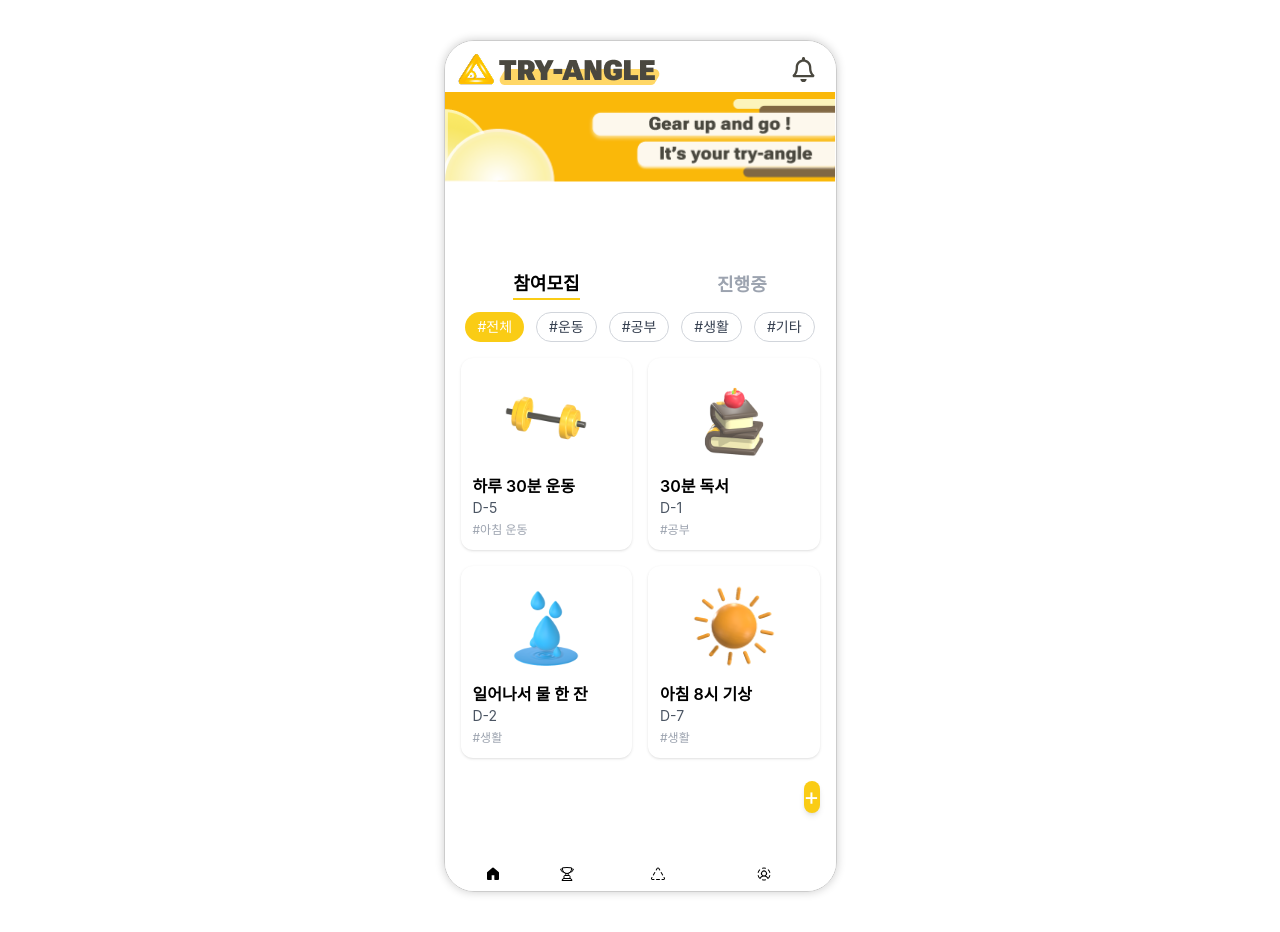
Repository: gusdk19/TryAngle-FE
Page: /
An editor plug-in stored every save of this project. The page is shown before and after the next save, followed by the edit.
The browser window is 1280 px wide. The pictures show the whole page.
The project was rebuilt for these pictures with package versions that can differ from the ones it lists, and the page was loaded fresh each time. Also part of the build but not shown: src/App.css.

Above is the page before, as saved 2025-04-30 23:09:51.

### src/index.js
import React from 'react';
import ReactDOM from 'react-dom/client';
import "./styles/index.css";
import App from './App';
import reportWebVitals from './reportWebVitals';

const root = ReactDOM.createRoot(document.getElementById('root'));
root.render(
  <React.StrictMode>
    {/* <App /> */}
    <div className='iphone-frame'>
      <App/>
    </div>
  </React.StrictMode>
);

// If you want to start measuring performance in your app, pass a function
// to log results (for example: reportWebVitals(console.log))
// or send to an analytics endpoint. Learn more: https://bit.ly/CRA-vitals
reportWebVitals();

### src/styles/index.css
@tailwind base;
@tailwind components;
@tailwind utilities;

body {
  margin: 0;
  font-family: -apple-system, BlinkMacSystemFont, 'Segoe UI', 'Roboto', 'Oxygen',
    'Ubuntu', 'Cantarell', 'Fira Sans', 'Droid Sans', 'Helvetica Neue',
    sans-serif;
  -webkit-font-smoothing: antialiased;
  -moz-osx-font-smoothing: grayscale;
}

code {
  font-family: source-code-pro, Menlo, Monaco, Consolas, 'Courier New',
    monospace;
}

.iphone-frame {
  position: relative;
  width: 393px;
  height: 852px;
  border: 1px solid #ccc;
  margin: 40px auto;
  box-shadow: 0 0 10px rgba(0,0,0,0.2);
  overflow: auto;
  border-radius: 30px;
  background: white;
  padding: 0px 0px;

  -ms-overflow-style:none; /* IE and Edge */
  scrollbar-width:none; /* Firefox */
}

.iphone-frame::-webkit-scrollbar {
	display:none /* Chrome , Safari , Opera */
}

### src/App.js
import { BrowserRouter, Routes, Route } from 'react-router-dom';
import './App.css';

import Home from './pages/Home';
//import Alarm from './pages/Alarm';
//import ChallengeAdd from './pages/ChallengeAdd';

function App() {
  return (
    <BrowserRouter>
      <Routes>
        <Route path="/" element={<Home />} />
        {/*<Route path="/alarm" element={<Alarm />} /> */}
        { /*<Route path="/challenge/add" element={<ChallengeAdd />} />*/}
      </Routes>
    </BrowserRouter>
  );
}

export default App;

### src/pages/Home.js
import React, { useState } from 'react';
import Header from '../components/Header';
import Footer from '../components/Footer';
import dumbell from '../assets/images/finace/dumbell.png';
import books from '../assets/images/finace/books.png';
import water from '../assets/images/finace/water.png';
import sun from '../assets/images/finace/Sun.png';
import bannerImage from '../assets/images/common/banner_image.png';

const Home = () => {
  const [activeTab, setActiveTab] = useState('participating');
  const [activeCategory, setActiveCategory] = useState('전체');

  const categories = ['전체', '운동', '공부', '생활', '기타'];

  const challenges = [
    { id: 1, title: '하루 30분 운동', dday: 5, tag: '#아침 운동', image: dumbell },
    { id: 2, title: '30분 독서', dday: 1, tag: '#공부', image: books },
    { id: 3, title: '일어나서 물 한 잔', dday: 2, tag: '#생활', image: water },
    { id: 4, title: '아침 8시 기상', dday: 7, tag: '#생활', image: sun },
  ];

  const filteredChallenges =
    activeCategory === '전체'
      ? challenges
      : challenges.filter((c) => c.tag.includes(activeCategory));

  return (
    <div className="bg-white flex flex-row justify-center w-full">
      {/* 모바일 프레임 */}
      <div className="bg-white w-[393px] h-[852px] relative">
        <Header />
        {/* 배너 이미지 삽입 (Header 아래에 추가) */}
        <img src={bannerImage} alt="banner" className="w-full" />

        {/* 탭 영역 */}
        <div className="flex justify-around mt-4">
          <button
            className={`text-lg font-semibold ${
              activeTab === 'participating'
                ? 'border-b-2 border-yellow-400 text-black'
                : 'text-gray-400'
            }`}
            onClick={() => setActiveTab('participating')}
          >
            참여모집
          </button>
          <button
            className={`text-lg font-semibold ${
              activeTab === 'ongoing'
                ? 'border-b-2 border-yellow-400 text-black'
                : 'text-gray-400'
            }`}
            onClick={() => setActiveTab('ongoing')}
          >
            진행중
          </button>
        </div>

        {/* + 버튼 */}
        <button className="absolute bottom-20 right-4 bg-yellow-400 w-23 h-22 rounded-full text-white text-2xl shadow-md hover:bg-yellow-500 z-20">
          +
        </button>

        {/* 카테고리 */}
        <div className="flex justify-center gap-3 mt-3">
          {categories.map((category) => (
            <button
              key={category}
              className={`px-3 py-1 rounded-full text-sm ${
                activeCategory === category
                  ? 'bg-yellow-400 text-white'
                  : 'bg-white text-gray-700 border border-gray-300'
              }`}
              onClick={() => setActiveCategory(category)}
            >
              #{category}
            </button>
          ))}
        </div>

        {/* 챌린지 카드 */}
        <div className="flex-grow overflow-y-auto p-4 pb-[100px]">
          <div className="grid grid-cols-2 gap-4">
            {filteredChallenges.map((c) => (
              <div
                key={c.id}
                className="bg-white p-3 rounded-xl shadow hover:bg-yellow-200 transition"
              >
                <img
                  src={c.image}
                  alt={c.title}
                  className="w-full h-24 object-contain mb-2"
                />
                <p className="font-semibold">{c.title}</p>
                <p className="text-sm text-gray-600">D-{c.dday}</p>
                <p className="text-xs text-gray-400 mt-1">{c.tag}</p>
              </div>
            ))}
          </div>
        </div>

        <Footer page="home" />
      </div>
    </div>
  );
};

export default Home;

### src/components/Header.js
import React from "react";
import "../styles/Header.css";
import { FaRegBell } from "react-icons/fa";
import { useNavigate } from "react-router-dom";
import logo_name from "../assets/images/common/logo_name.png";

export default function Header() {
  const navigate = useNavigate();

  return (
    <div className="header flex flex-unwrap grow w-full pt-[4.5px]">
      {/* 로고 (왼쪽) */}
      <div className="logo-name my-auto flex-1 text-left align-middle cursor-pointer" onClick={() => navigate("/")}>
        <img src={logo_name} alt="try-angle_logo_name" />
      </div>

      {/* 알림 아이콘 (오른쪽) */}
      <div className="bell flex-none align-middle cursor-pointer">
        <FaRegBell
          className="bell-icon2 mt-[2px] text-[#4A483F]"
          onClick={() => navigate("/alarm")}
        />
      </div>
    </div>
  );
}

### src/components/Footer.js
import React from "react";
import "../styles/Header.css";
import { GoHome, GoHomeFill } from "react-icons/go";
import { HiTrophy, HiOutlineTrophy } from "react-icons/hi2";
import { PiUserCircleDashed, PiUserCircleDuotone, PiTriangleDashedFill, PiTriangleDashed } from "react-icons/pi";
import { useNavigate } from "react-router-dom";

export default function Footer({ page }) {
  const navigate = useNavigate();

  const navigationItems = [
    {
      icon: page === "home" ? <GoHomeFill className="icon" /> : <GoHome className="icon" />,
      label: "홈",
      route: "/",
    },
    {
      icon: page === "ranking" ? <HiTrophy className="icon" /> : <HiOutlineTrophy className="icon" />,
      label: "랭킹",
      route: "/rank",
    },
    {
      icon: page === "myChallenge" ? <PiTriangleDashedFill className="icon" /> : <PiTriangleDashed className="icon" />,
      label: "마이챌린지",
      route: "/mychallenge",
    },
    {
      icon: page === "myPage" ? <PiUserCircleDuotone className="icon" /> : <PiUserCircleDashed className="icon" />,
      label: "마이페이지",
      route: "/mypage",
    },
  ];

  return(
    <footer className="w-full h-[70px] bg-white px-4 pt-2">
  <div className="flex justify-between items-center px-6">
    {navigationItems.map((item, index) => (
      <div key={index} className="flex flex-col items-center cursor-pointer" onClick={() => navigate(item.route)}>
        <div className="w-6 h-6">{item.icon}</div>
        <span className="text-xs mt-1">{item.label}</span>
      </div>
    ))}
  </div>
</footer>
);
}

### src/styles/Header.css
.header{
    display: flex;
    flex-wrap: nowrap;
    justify-content: space-between;
    position: relative;
    width: 100%;
    height: 51px;
    text-align: center;
    vertical-align: middle;
}

.title{
    display: grid;
    place-items: center;
    flex-grow: 1;
    vertical-align: middle;
}

.logo-name{
    display: grid;
    place-items: start;
    flex-grow: 1;
    vertical-align: middle;
    margin-left: 13px;
}

.title-text{
    position: absolute;
    left:50%;
    transform: translateX(-50%);
    font-weight: bold;
    font-size: large;
}

.bell{
    display: grid;
    place-items: center;
    flex-shrink: 0;
    vertical-align: middle;
    margin-right:20px;

}

.bell-icon{
    width: 20px;
    height:20px;
}

.bell-icon2{
    width: 25px;
    height:25px;
}

.back{
    display: grid;
    place-items: center;
    flex-shrink: 0;
    vertical-align: middle;
    margin-left:20px;

}

.back-icon{
    width: 20px;
    height:20px;
}

### tailwind.config.js
/** @type {import('tailwindcss').Config} */
module.exports = {
    content: [
        "./src/**/*.{js,jsx,ts,tsx}",
    ],
    theme: {
      extend: {},
    },
    plugins: [],
  }

Loaded but not shown: public/index.html (common file); src/reportWebVitals.js (common file)

After the next save:
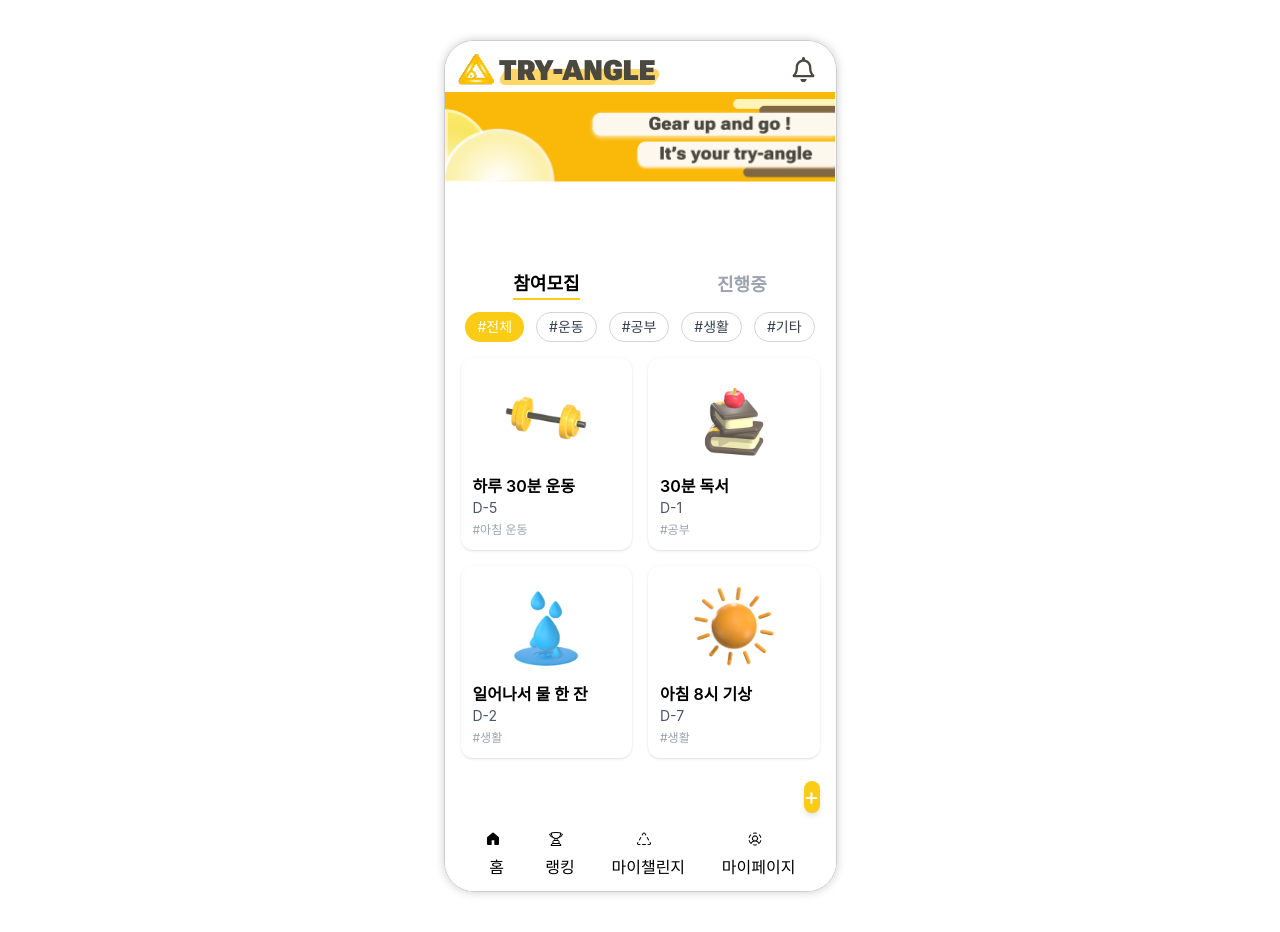
Saved 65 s later.
--- a/src/components/Footer.js
+++ b/src/components/Footer.js
@@ -32,15 +32,15 @@ export default function Footer({ page }) {
   ];
 
   return(
-    <footer className="w-full h-[70px] bg-white px-4 pt-2">
-  <div className="flex justify-between items-center px-6">
-    {navigationItems.map((item, index) => (
-      <div key={index} className="flex flex-col items-center cursor-pointer" onClick={() => navigate(item.route)}>
-        <div className="w-6 h-6">{item.icon}</div>
-        <span className="text-xs mt-1">{item.label}</span>
+    <footer className="absolute w-full h-[70px] bottom-0 left-0 bg-white px-4 pt-2">
+      <div className="flex justify-between items-center px-6">
+        {navigationItems.map((item, index) => (
+          <div key={index} className="flex flex-col items-center cursor-pointer" onClick={()=>{navigate(item.route);}}>
+            <div className="w-6 h-6">{item.icon}</div>
+            {item.label}
+          </div>
+        ))}
       </div>
-    ))}
-  </div>
-</footer>
+    </footer>
 );
 }
